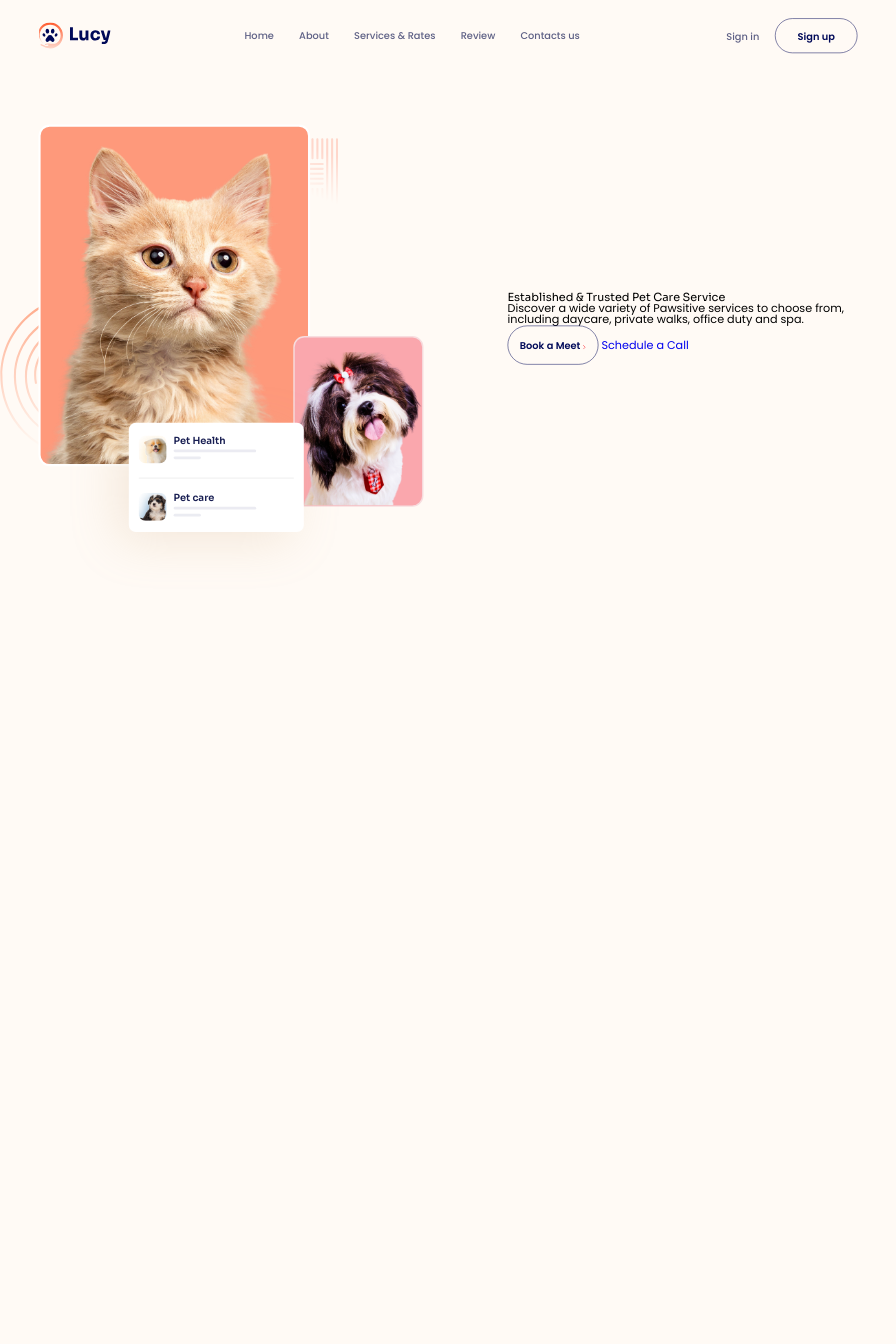
Repository: anhtien111198/f8-htmlcss-04
Page: index.html
The author's editor kept a copy of each file at every save. The page is drawn from the files as they stood at one save, then again after a run of saves.
The browser window is 1280 px wide. The pictures show the part of the page from y = 0 to 1920 px (the page is 5000 px tall), at 70% of full size.

Above is the page before, as saved 2023-05-17 12:02:51.

### index.html
<!DOCTYPE html>
<html lang="en">
    <head>
        <meta charset="UTF-8" />
        <meta http-equiv="X-UA-Compatible" content="IE=edge" />
        <meta name="viewport" content="width=device-width, initial-scale=1.0" />
        <title>Lucy - Established &amp Trusted Pet Care Service</title>
        <!-- favicon -->
        <link
            rel="apple-touch-icon"
            sizes="57x57"
            href="./assets/favicon/apple-icon-57x57.png"
        />
        <link
            rel="apple-touch-icon"
            sizes="60x60"
            href="./assets/favicon/apple-icon-60x60.png"
        />
        <link
            rel="apple-touch-icon"
            sizes="72x72"
            href="./assets/favicon/apple-icon-72x72.png"
        />
        <link
            rel="apple-touch-icon"
            sizes="76x76"
            href="./assets/favicon/apple-icon-76x76.png"
        />
        <link
            rel="apple-touch-icon"
            sizes="114x114"
            href="./assets/favicon/apple-icon-114x114.png"
        />
        <link
            rel="apple-touch-icon"
            sizes="120x120"
            href="./assets/favicon/apple-icon-120x120.png"
        />
        <link
            rel="apple-touch-icon"
            sizes="144x144"
            href="./assets/favicon/apple-icon-144x144.png"
        />
        <link
            rel="apple-touch-icon"
            sizes="152x152"
            href="./assets/favicon/apple-icon-152x152.png"
        />
        <link
            rel="apple-touch-icon"
            sizes="180x180"
            href="./assets/favicon/apple-icon-180x180.png"
        />
        <link
            rel="icon"
            type="image/png"
            sizes="192x192"
            href="./assets/favicon/android-icon-192x192.png"
        />
        <link
            rel="icon"
            type="image/png"
            sizes="32x32"
            href="./assets/favicon/favicon-32x32.png"
        />
        <link
            rel="icon"
            type="image/png"
            sizes="96x96"
            href="./assets/favicon/favicon-96x96.png"
        />
        <link
            rel="icon"
            type="image/png"
            sizes="16x16"
            href="./assets/favicon/favicon-16x16.png"
        />
        <link rel="manifest" href="./assets/favicon/manifest.json" />
        <meta name="msapplication-TileColor" content="#ffffff" />
        <meta
            name="msapplication-TileImage"
            content="./assets/favicon/ms-icon-144x144.png"
        />
        <meta name="theme-color" content="#ffffff" />
        <!-- reset css-->
        <link rel="stylesheet" href="./assets/css/reset.css" />
        <!-- Embed font family-->
        <link rel="preconnect" href="https://fonts.googleapis.com" />
        <link rel="preconnect" href="https://fonts.gstatic.com" crossorigin />
        <link
            href="https://fonts.googleapis.com/css2?family=Poppins:wght@300;400;500;600&family=Sora:wght@400;500;600;700;800&display=swap"
            rel="stylesheet"
        />
        <!-- style css -->
        <link rel="stylesheet" href="./assets/css/style.css" />
    </head>
    <body style="height: 5000px">
        <!-- header -->
        <header class="header">
            <div class="container">
                <div class="header__inner">
                    <!-- logo -->
                    <img src="./assets/images/logo.svg" alt="" class="logo" />
                    <!-- navbar -->
                    <nav class="navbar">
                        <ul class="navbar__list">
                            <li class="navbar__item">
                                <a href="#!" class="navbar__link">Home</a>
                            </li>
                            <li class="navbar__item">
                                <a href="#!" class="navbar__link">About</a>
                            </li>
                            <li class="navbar__item">
                                <a href="#!" class="navbar__link">
                                    Services &amp Rates
                                </a>
                            </li>
                            <li class="navbar__item">
                                <a href="#!" class="navbar__link">Review</a>
                            </li>
                            <li class="navbar__item">
                                <a href="#!" class="navbar__link">
                                    Contacts us
                                </a>
                            </li>
                        </ul>
                    </nav>
                    <!-- header action -->
                    <div class="header-action">
                        <a href="#!" class="header-action__link">Sign in</a>
                        <a href="#!" class="header-action__btn btn">Sign up</a>
                    </div>
                </div>
            </div>
        </header>
        <!-- hero -->
        <section class="hero">
            <div class="container">
                <div class="hero__inner">
                    <!-- hero media -->
                    <div class="hero__media">
                        <div class="hero__img-wrap">
                            <img
                                src="./assets/images/pet-01.png"
                                alt=""
                                class="hero__img"
                            />
                            <!-- decorators -->
                            <img
                                src="./assets/images/decor-01.svg"
                                alt=""
                                class="hero__decor hero__decor-left"
                            />
                            <img
                                src="./assets/images/decor-02.svg"
                                alt=""
                                class="hero__decor hero__decor-right"
                            />
                        </div>
                        <div class="hero__img-wrap hero__img-wrap-small">
                            <img
                                src="./assets/images/pet-02.png"
                                alt=""
                                class="hero__img hero__img-small"
                            />
                        </div>
                        <div class="hero__list">
                            <section class="hero-list-item">
                                <img
                                    src="./assets/images/pet-03.png"
                                    alt=""
                                    class="hero-list-item__thumb"
                                />
                                <div class="hero-list-item__info">
                                    <p class="hero-list-item__title">
                                        Pet Health
                                    </p>
                                    <div class="hero-list-item__skeleton"></div>
                                    <div class="hero-list-item__skeleton"></div>
                                </div>
                            </section>
                            <div class="hero-list-item__separate"></div>
                            <section class="hero-list-item">
                                <img
                                    src="./assets/images/pet-04.png"
                                    alt=""
                                    class="hero-list-item__thumb"
                                />
                                <div class="hero-list-item__info">
                                    <p class="hero-list-item__title">
                                        Pet care
                                    </p>
                                    <div class="hero-list-item__skeleton"></div>
                                    <div class="hero-list-item__skeleton"></div>
                                </div>
                            </section>
                        </div>
                    </div>
                    <!-- hero content -->
                    <section class="hero__content">
                        <h1 class="hero__heading">
                            Established &amp Trusted Pet Care Service
                        </h1>
                        <p class="hero__desc">
                            Discover a wide variety of Pawsitive services to
                            choose from, including daycare, private walks,
                            office duty and spa.
                        </p>
                        <div class="hero__row">
                            <a href="#!" class="btn">
                                Book a Meet
                                <span class="btn__icon">
                                    <svg
                                        width="5"
                                        height="6"
                                        viewBox="0 0 5 6"
                                        fill="none"
                                        xmlns="http://www.w3.org/2000/svg"
                                    >
                                        <path
                                            d="M1.48584 0.5L3.98584 3L1.48584 5.5"
                                            stroke="#FD5056"
                                            stroke-linecap="round"
                                            stroke-linejoin="round"
                                        />
                                    </svg>
                                </span>
                            </a>
                            <a href="#!" class="hero__cta-link">
                                Schedule a Call
                            </a>
                        </div>
                    </section>
                </div>
            </div>
        </section>
    </body>
</html>

### assets/css/style.css
* {
    box-sizing: border-box;
}
html {
    font-size: 62.5%;
}
body {
    font-size: 1.6rem;
    font-family: "Poppins", sans-serif;
    background: #fffaf5;
}
/* ======================Common=================== */
a {
    text-decoration: none;
}
h1,
h2,
h3,
h4,
h5,
h6 {
    font-family: "Sora", sans-serif;
}
input,
textarea,
button,
select {
    font-size: inherit;
    font-family: inherit;
}
.container {
    width: 1170px;
    max-width: calc(100% - 48px);
    margin: 0 auto;
}
.btn {
    --height: 56px;
    display: inline-block;
    min-width: 130px;
    height: var(--height);
    line-height: var(--height);
    border: 1px solid rgba(0, 9, 88, 0.7);
    border-radius: 99px;
    font-weight: 600;
    font-size: 1.4rem;
    text-align: center;
    color: #000958;
}
.btn:hover {
    opacity: 0.9;
}
/* ===========header============== */
.header {
    position: sticky;
    top: -26px;
    z-index: 1;
    padding: 26px 0;
}
.header__inner {
    display: flex;
    align-items: center;
    justify-content: space-between;
}
.navbar__list {
    display: flex;
}
.navbar__link,
.header-action__link {
    padding: 8px 18px;
    font-weight: 500;
    font-size: 1.4rem;
    line-height: 1;
    color: #5e6085;
}
.navbar__link:hover {
    color: #000958;
    text-shadow: 1px 0 0 currentColor;
}
.header-action__btn {
    --height: 50px;
    min-width: 118px;
}
/* =======Hero======= */
.hero {
    margin-top: 76px;
}
.hero__inner {
    display: flex;
    align-items: center;
    justify-content: space-between;
    column-gap: 120px;
}
.hero__media {
    display: flex;
    position: relative;
    padding-bottom: 94px;
}
.hero__img-wrap {
    position: relative;
    display: flex;
    align-items: flex-end;
    justify-content: center;
    width: 388px;
    height: 488px;
    background: #fe997b;
    border-radius: 16px;
    border: 3px solid #fff;
}
.hero__img {
    max-width: 100%;
    max-height: 100%;
    border-radius: inherit;
}
.hero__decor {
    position: absolute;
    z-index: -1;
}
.hero__decor-left {
    left: -58px;
    bottom: 10px;
}
.hero__decor-right {
    top: 16px;
    right: -43px;
}
.hero__img-wrap-small {
    align-self: flex-end;
    width: 186px;
    height: 244px;
    margin: 0 0 -58px -24px;
    border: 2px solid #f7dddf;
    background: #faa7ad;
}
.hero__list {
    position: absolute;
    left: 129px;
    bottom: 0;
    width: 250px;
    height: 156px;
    padding: 18px 14px;
    background: #fff;
    box-shadow: -17px 14px 68px -4px rgba(207, 174, 132, 0.25);
    border-radius: 10px;
}
.hero-list-item {
    display: flex;
}
.hero-list-item__thumb {
    width: 40px;
    height: 40px;
    border-radius: 10px;
    object-fit: cover;
}
.hero-list-item__info {
    margin-left: 10px;
}
.hero-list-item__title {
    font-family: "Sora", sans-serif;
    font-weight: 600;
    font-size: 1.4rem;
    line-height: 1;
    color: #181e52;
}
.hero-list-item__skeleton {
    margin-top: 6px;
    width: 118px;
    height: 4px;
    background: #000958;
    opacity: 0.08;
    border-radius: 10px;
}
.hero-list-item__skeleton:last-child {
    width: 39px;
}
.hero-list-item__separate {
    width: 100%;
    height: 2px;
    margin: 20px 0;
    border-radius: 99px;
    background: #f2f2f2;
}
.hero-list-item:nth-child(2) .hero-list-item__thumb {
    background: #c6e2fa;
}

Loaded but not shown: assets/css/reset.css (common file)

After the next 2 saves:
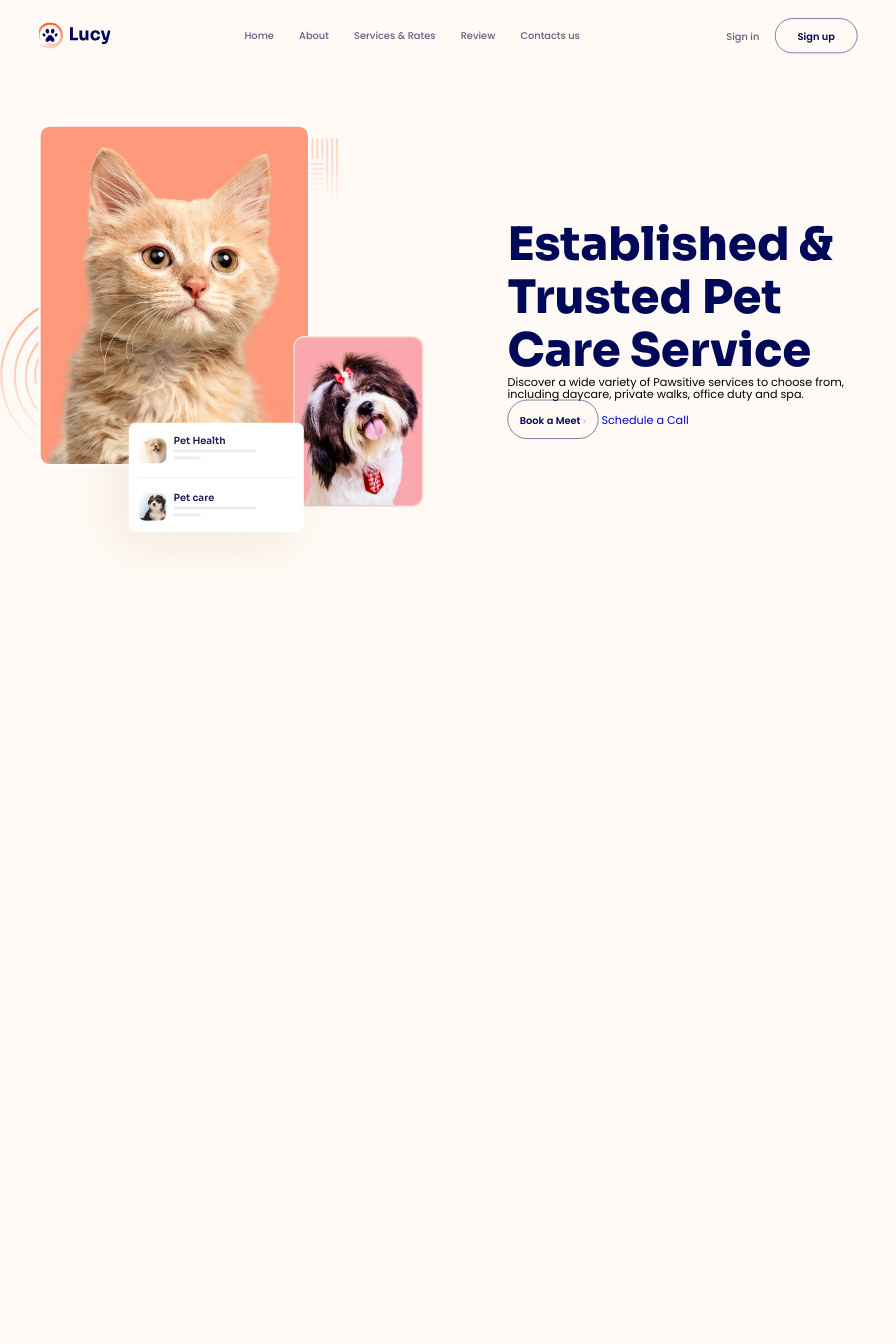
The 2 saves are shown as one change because they came seconds apart.
The last was saved 76 s later.
--- a/assets/css/style.css
+++ b/assets/css/style.css
@@ -182,3 +182,9 @@ select {
 .hero-list-item:nth-child(2) .hero-list-item__thumb {
     background: #c6e2fa;
 }
+.hero__heading {
+    font-weight: 800;
+    font-size: 6.6rem;
+    line-height: 1.15;
+    color: #000958;
+}
